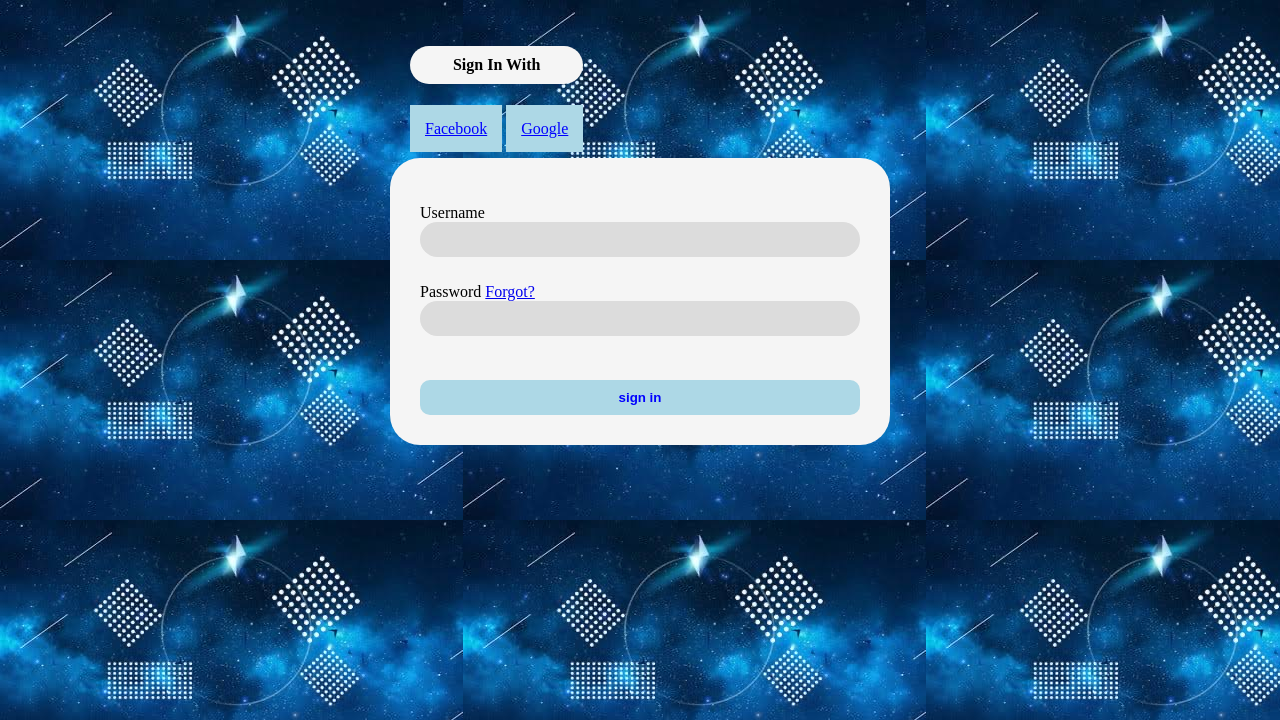
Repository: Tobby004/bdc-assignment-2
Page: index.html
An editor plug-in stored every save of this project. The page is shown before and after the next save, followed by the edit.
The browser window is 1280 px wide. The pictures show the whole page.

Above is the page before, as saved 2023-02-11 08:23:27.

### index.html
<!DOCTYPE html>
<html lang="en">
<head>
    <meta charset="UTF-8">
    <meta http-equiv="X-UA-Compatible" content="IE=edge">
    <meta name="viewport" content="width=<device-width>, initial-scale=1.0">
    <title>Document</title>
    <link rel="stylesheet" href="task.css">
</head>
<body>
    <header>
    <div class="box-container">
        <div class="box1">
        <br>
            <b>
             Sign In With
            </b>
        <br>
        <br>
        <a href="#">
            Facebook</a>
            <a href="#">
                Google
            </a>
        </div>
            </div>
        </header>


        <div class="form-input">
        <p>Username
            <br>
            <input type="text" placeholder="" />
        </p>
         <p>Password
            <a href="#">Forgot?</a>
            <br>
            <input type="password" />
         </p>
         <br>
         <button><b>sign in</b></button>
        </div>


</body>
</html>

### task.css
*{
    box-sizing:border-box;
}
header{

    display: flex;
    padding: 20px;
    max-width: 500px;
    margin-left: auto;
    margin-right: auto;
    border: none;
}
body{
    background-image: url(image/IMG100.JPG)
}
header b {
    background-color:whitesmoke ;
    display: flex;
    padding: 10px;
    border-radius: 40px;
    margin-right: auto;
    margin-left: auto;
    max-width: 500px;
    justify-content: center;
}
header a {
    display: flexbox;
    padding: 15px;
    color: blue;
    background-color: lightblue;
    width: 100%;
    max-width: 100px;
}
.form-input{
    display: block;
    max-width: 500px;
    background-color: whitesmoke;
    padding: 30px;
    margin-left: auto;
    margin-right: auto;
    border-radius: 30px;
}

input {
    background-color: gainsboro;
    display: flexbox;
    padding: 10px;
    width: 100%;
    border: none;
    border-radius: 30px;
    margin-bottom: 10px;
}
button {
    display: block;
    padding: 10px;
    width: 100%;
    border: none;
    color: blue;
    border-radius: 10px;
    background: lightblue;
}
footer {
    padding-inline-start: 40px;
    color: chartreuse;
    display: block;
    max-width: 500px;
    justify-content: center
}

After the next save:
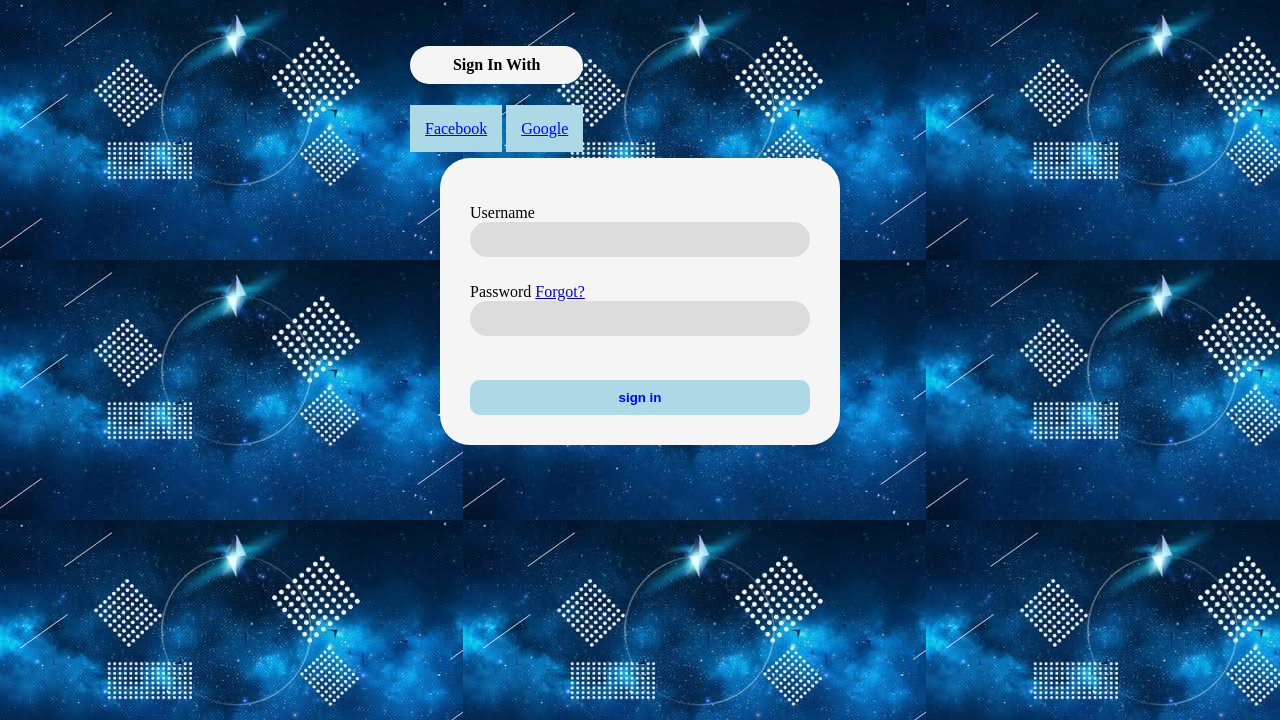
Saved 15 h 4 min later.
--- a/task.css
+++ b/task.css
@@ -33,7 +33,7 @@ header a {
 }
 .form-input{
     display: block;
-    max-width: 500px;
+    max-width: 400px;
     background-color: whitesmoke;
     padding: 30px;
     margin-left: auto;
@@ -59,10 +59,3 @@ button {
     border-radius: 10px;
     background: lightblue;
 }
-footer {
-    padding-inline-start: 40px;
-    color: chartreuse;
-    display: block;
-    max-width: 500px;
-    justify-content: center
-}
